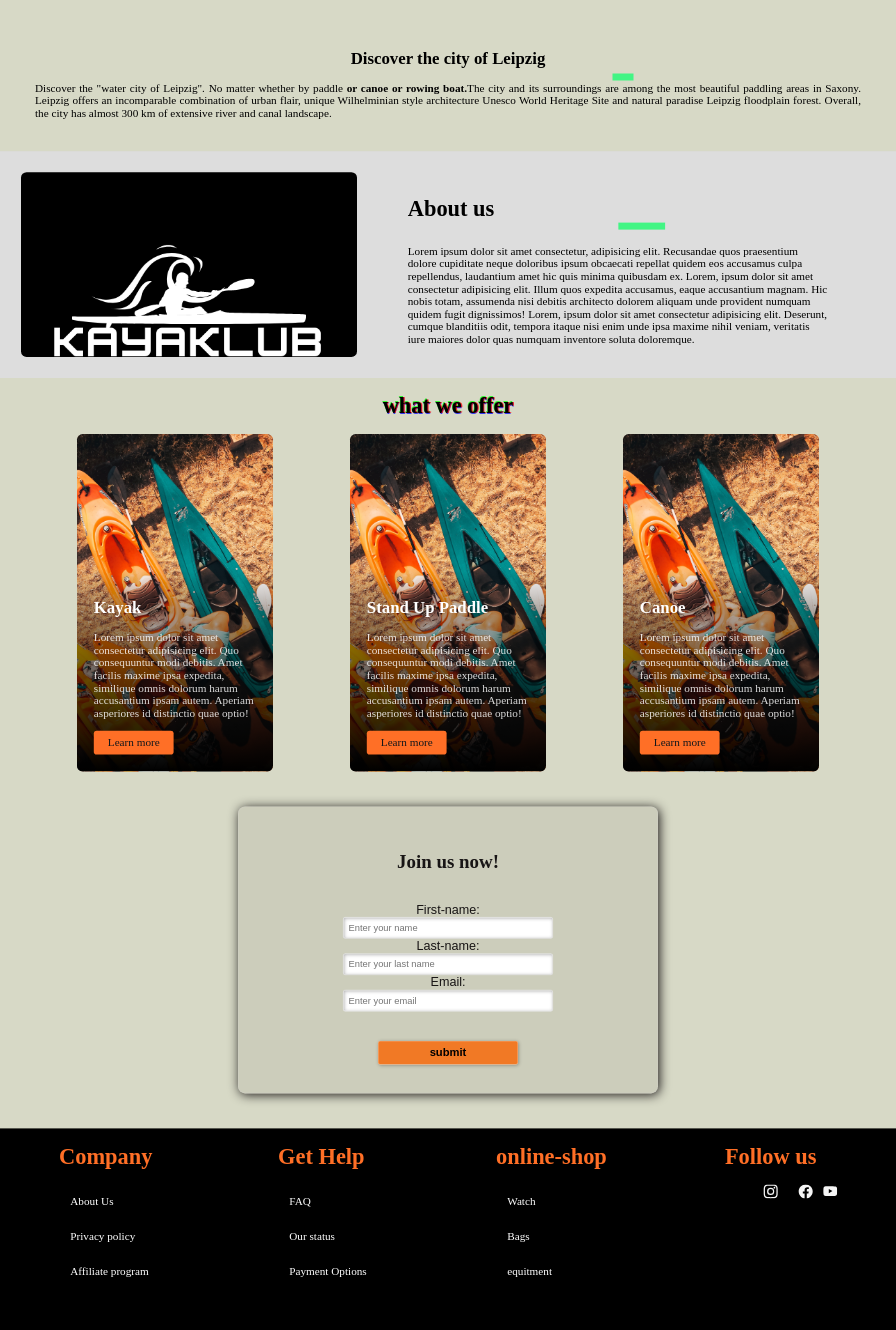
Repository: joseluis2289/Responsive-club-website
Page: index.html
An editor plug-in stored every save of this project. The page is shown before and after the next save, followed by the edit.
The browser window is 1280 px wide. The pictures show the part of the page from y = 770 to 2670 px (the page is 2671 px tall), at 70% of full size.
Some web fonts or font styles are not loaded; a fallback is used.

Above is the page before, as saved 2021-08-25 10:30:40.

### index.html
<!DOCTYPE html>
<html lang="en">
<head>
    <meta charset="UTF-8">
    <meta http-equiv="X-UA-Compatible" content="IE=edge">
    <meta name="viewport" content="width=device-width, initial-scale=1.0">
    <link rel="stylesheet" href="style.css">
    <link rel="preconnect" href="https://fonts.googleapis.com">
<link rel="preconnect" href="https://fonts.gstatic.com" crossorigin>
<link href="https://fonts.googleapis.com/css2?family=Rampart+One&display=swap" rel="stylesheet">
    <script src="script.js" defer></script>
    <title>Responsive-Club-website</title>
</head>
<body>

    <nav class="navbar">
        <!-- hamburger toggle -->
        <div class="brand-title">kayaklub</div>
        <a href="#" class="toggle-button">
            <span class="bar"></span>
            <span class="bar"></span>
            <span class="bar"></span>
        </a>

        <div class="nav-links">
            <ul>
                <li><a href="#">Home</a></li>
                <li><a href="#">About</a></li>
                <li><a href="#">Contact</a></li>
            </ul>
        </div>
    </nav>
<div class="banner"></div>

<section class="welcome">
    <h1 class="discover-title">Discover the city of Leipzig</h1>
    <p class="p-discover">Discover the "water city of Leipzig". No matter whether by paddle <strong>or canoe or rowing boat.</strong>The city and its surroundings are among the most beautiful paddling areas in Saxony. Leipzig offers an incomparable combination of urban flair, unique Wilhelminian style architecture Unesco World Heritage Site and natural paradise Leipzig floodplain forest. Overall, the city has almost 300 km of extensive river and canal landscape.</p>

</section>

<!-- about us section -->
<div class="grid-container-about">
    <!-- <img class="grid-item-img" src="./Cosmetics Discount Sale Landscape Banner.png" alt="about"> -->
    <div class="logo"></div>
    <div class="grid-item-text"><h1><a class="aboutUs-title" href="#">About us</a></h1><p class="aboutUs-text"> Lorem ipsum dolor sit amet consectetur, adipisicing elit. Recusandae quos praesentium dolore cupiditate neque doloribus ipsum obcaecati repellat quidem eos accusamus culpa repellendus, laudantium amet hic quis minima quibusdam ex. Lorem, ipsum dolor sit amet consectetur adipisicing elit. Illum quos expedita accusamus, eaque accusantium magnam. Hic nobis totam, assumenda nisi debitis architecto dolorem aliquam unde provident numquam quidem fugit dignissimos! Lorem, ipsum dolor sit amet consectetur adipisicing elit. Deserunt, cumque blanditiis odit, tempora itaque nisi enim unde ipsa maxime nihil veniam, veritatis iure maiores dolor quas numquam inventore soluta doloremque.</p></div>
</div>



<h1 class="tittle-what-we-offer">what we offer</h1>
<div class="card-container">
    <div class="card">
        <div class="card-content">
        <h2 class="card-title">Kayak</h2>
        <p class="card-body">Lorem ipsum dolor sit amet consectetur adipisicing elit. Quo consequuntur modi debitis. Amet facilis maxime ipsa expedita, similique omnis dolorum harum accusantium ipsam autem. Aperiam asperiores id distinctio quae optio!</p>
        <a href="#" class="button">Learn more</a>
    </div>
    </div>

    <div class="card">
        <div class="card-content">
        <h2 class="card-title"> Stand Up Paddle</h2>
        <p class="card-body">Lorem ipsum dolor sit amet consectetur adipisicing elit. Quo consequuntur modi debitis. Amet facilis maxime ipsa expedita, similique omnis dolorum harum accusantium ipsam autem. Aperiam asperiores id distinctio quae optio!</p>
        <a href="#" class="button">Learn more</a>
    </div>
    </div>


    <div class="card">
        <div class="card-content">
        <h2 class="card-title">Canoe</h2>
        <p class="card-body">Lorem ipsum dolor sit amet consectetur adipisicing elit. Quo consequuntur modi debitis. Amet facilis maxime ipsa expedita, similique omnis dolorum harum accusantium ipsam autem. Aperiam asperiores id distinctio quae optio!</p>
        <a href="#" class="button">Learn more</a>
    </div>
    </div>

</div>

<section class="register">
    <form id="register" action="#">
        <h2 class="register-title">Join us now!</h2>
        <label for="first-name">First-name:</label>
        <br/>
        <input type="text" name="first-name" id='name' placeholder="Enter your name">
        <br/>
        <label for="last-name">Last-name:</label>
        <br/>
        <input type="text" name="last-name" id="name" placeholder="Enter your last name">
        <br/>
        <label for="email">Email:</label>
        <br/>
        <input type="text" name="email" id="name" placeholder="Enter your email">
        <br/>&nbsp;
        <br/> <br/>
    <input type="submit" value="submit" name="submit" id="submit">
    </form>
</section>

<footer class="footer">
    <div class="footer-sections">
        <div class="company">
            <ul>
                <h1 class="company-title">Company</h1>
                <li><a href="#">About Us</a></li>
                <li><a href="#">Privacy policy</a></li>
                <li><a href="#">Affiliate program</a></li>
            </ul>
        </div>
        <div class="get-help">
            <h1 class="help-title">Get Help</h1>
            <ul>
                <li><a href="#">FAQ</a></li>
                <li><a href="#">Our status</a></li>
                <li><a href="#">Payment Options</a></li>
            </ul>
        </div>
        <div class="online-shop">
            <h1 class="shop-title">online-shop</h1>
            <ul >
                <li><a href="#">Watch</a></li>
                <li><a href="#">Bags</a></li>
                <li><a href="#">equitment</a></li>
            </ul>
        </div>
        <div class="follow-us">
            <h1 class="followUs-title">Follow us</h1>
            <ul class="follow-us-list">

              <li><svg xmlns="http://www.w3.org/2000/svg" width="50" height="20" fill="currentColor" class="bi bi-instagram" viewBox="0 0 16 16">
                <path d="M8 0C5.829 0 5.556.01 4.703.048 3.85.088 3.269.222 2.76.42a3.917 3.917 0 0 0-1.417.923A3.927 3.927 0 0 0 .42 2.76C.222 3.268.087 3.85.048 4.7.01 5.555 0 5.827 0 8.001c0 2.172.01 2.444.048 3.297.04.852.174 1.433.372 1.942.205.526.478.972.923 1.417.444.445.89.719 1.416.923.51.198 1.09.333 1.942.372C5.555 15.99 5.827 16 8 16s2.444-.01 3.298-.048c.851-.04 1.434-.174 1.943-.372a3.916 3.916 0 0 0 1.416-.923c.445-.445.718-.891.923-1.417.197-.509.332-1.09.372-1.942C15.99 10.445 16 10.173 16 8s-.01-2.445-.048-3.299c-.04-.851-.175-1.433-.372-1.941a3.926 3.926 0 0 0-.923-1.417A3.911 3.911 0 0 0 13.24.42c-.51-.198-1.092-.333-1.943-.372C10.443.01 10.172 0 7.998 0h.003zm-.717 1.442h.718c2.136 0 2.389.007 3.232.046.78.035 1.204.166 1.486.275.373.145.64.319.92.599.28.28.453.546.598.92.11.281.24.705.275 1.485.039.843.047 1.096.047 3.231s-.008 2.389-.047 3.232c-.035.78-.166 1.203-.275 1.485a2.47 2.47 0 0 1-.599.919c-.28.28-.546.453-.92.598-.28.11-.704.24-1.485.276-.843.038-1.096.047-3.232.047s-2.39-.009-3.233-.047c-.78-.036-1.203-.166-1.485-.276a2.478 2.478 0 0 1-.92-.598 2.48 2.48 0 0 1-.6-.92c-.109-.281-.24-.705-.275-1.485-.038-.843-.046-1.096-.046-3.233 0-2.136.008-2.388.046-3.231.036-.78.166-1.204.276-1.486.145-.373.319-.64.599-.92.28-.28.546-.453.92-.598.282-.11.705-.24 1.485-.276.738-.034 1.024-.044 2.515-.045v.002zm4.988 1.328a.96.96 0 1 0 0 1.92.96.96 0 0 0 0-1.92zm-4.27 1.122a4.109 4.109 0 1 0 0 8.217 4.109 4.109 0 0 0 0-8.217zm0 1.441a2.667 2.667 0 1 1 0 5.334 2.667 2.667 0 0 1 0-5.334z"/>
              </svg></li>
              <li>

                  <svg xmlns="http://www.w3.org/2000/svg" width="50" height="20" fill="currentColor" class="bi bi-facebook" viewBox="0 0 16 16">
                    <path d="M16 8.049c0-4.446-3.582-8.05-8-8.05C3.58 0-.002 3.603-.002 8.05c0 4.017 2.926 7.347 6.75 7.951v-5.625h-2.03V8.05H6.75V6.275c0-2.017 1.195-3.131 3.022-3.131.876 0 1.791.157 1.791.157v1.98h-1.009c-.993 0-1.303.621-1.303 1.258v1.51h2.218l-.354 2.326H9.25V16c3.824-.604 6.75-3.934 6.75-7.951z"/>
                  </svg>
              </li>
              <li>

                  <svg xmlns="http://www.w3.org/2000/svg" width="20" height="20" fill="currentColor" class="bi bi-youtube" viewBox="0 0 16 16">
                    <path d="M8.051 1.999h.089c.822.003 4.987.033 6.11.335a2.01 2.01 0 0 1 1.415 1.42c.101.38.172.883.22 1.402l.01.104.022.26.008.104c.065.914.073 1.77.074 1.957v.075c-.001.194-.01 1.108-.082 2.06l-.008.105-.009.104c-.05.572-.124 1.14-.235 1.558a2.007 2.007 0 0 1-1.415 1.42c-1.16.312-5.569.334-6.18.335h-.142c-.309 0-1.587-.006-2.927-.052l-.17-.006-.087-.004-.171-.007-.171-.007c-1.11-.049-2.167-.128-2.654-.26a2.007 2.007 0 0 1-1.415-1.419c-.111-.417-.185-.986-.235-1.558L.09 9.82l-.008-.104A31.4 31.4 0 0 1 0 7.68v-.123c.002-.215.01-.958.064-1.778l.007-.103.003-.052.008-.104.022-.26.01-.104c.048-.519.119-1.023.22-1.402a2.007 2.007 0 0 1 1.415-1.42c.487-.13 1.544-.21 2.654-.26l.17-.007.172-.006.086-.003.171-.007A99.788 99.788 0 0 1 7.858 2h.193zM6.4 5.209v4.818l4.157-2.408L6.4 5.209z"/>
                  </svg>
              </li>
            </ul>
        </div>
    </div>
</footer>
</body>
</html>

### style.css
:root{
    --clr-neutral-900: hsl(207,19%,9%);
    --crl-neutral-100: hsl(0,0%,100%);
    --crl-accent-400: hsl(142, 90%, 61%);
    --crl-accent-300: hsl(20.18, 100%, 57.45%);

}

*,
*::before,
*::after {
    box-sizing: border-box;
}


*{
    box-sizing: border-box;
}

body{
    margin: 0;
    border: 0;
    background-color:#D7D9C6;
}

.navbar{
    display: flex;
    justify-content: space-between;
    align-items: center;
    background-color: #333;
    color: white;
    font-family: 'Poppins', sans-serif;

}

.brand-title{
    font-size: 1.6rem;
    margin: .5rem;
    text-transform: uppercase;
    letter-spacing: 4px;
    -webkit-box-shadow: 0 10px 6px -6px rgb(80, 73, 73);
    -moz-box-shadow:0 10px 6px -6px rgb(114, 110, 110);
    box-shadow: 0 10px 6px -6px rgb(136, 133, 133);
    border-radius:10px;
}

.nav-links ul {
    margin: 0;
    padding: 0;
    display: flex;
}
.nav-links li {
    list-style: none;
}

.nav-links li a {
    text-decoration: none;
    color: white;
    padding: 1rem;
    display: block;
}
.nav-links li:hover{
    background-color:#555;
}

.toggle-button {
    position: absolute;
    top: .75rem;
    right: 1rem;
    display: none;
    flex-direction: column;
    justify-content: space-between;
    width: 30px;
    height: 22px;
}

.toggle-button .bar {
    height: 3px;
    width: 100%;
    background-color: white;
    border-radius: 10px;
}

.banner{
    background-image: url("/Cosmetics\ Discount\ Sale\ Landscape\ Banner.png");
    background-repeat: no-repeat;
    background-position: cover;
    background-size: 100% 100vh;
    height: 100vh;
}

/* discover the city of Leipzig */
.welcome{
    text-align: center;
    height: 30vh;
    width:auto;
    margin: auto;
    padding: 50px;

}
.p-discover{
    text-align: justify;
    text-justify: inter-word;



}
.discover-title{
    display: block;
    position: relative;
    cursor: pointer;
    font-family: 'Rampart One', cursive;
}
.discover-title::after{
    content:"";
    position: absolute;
    left: 690px;
    background: var(--crl-accent-400);
    display: block;
    border: 0;
    margin: 0.5rem 0;
    width:300px;
    height: 10px;
    transform: scaleX(0.1);
    transition: transform 0.4s ease;

}

.discover-title:hover:after,
.discover-title:active:after{
    transform: scaleX(1);
    transform-origin: left;
    transition: transform 0.5s ease;
}


.grid-container-about{
    background-color: #ddd;
    display: grid;
    grid-template-columns: auto auto;
    padding: 30px;
    column-gap: 5px;
    /* display: flex;
    justify-content:space-around ; */

}
/* .grid-item-img{
    margin: 0 0 0 auto;
    width: 500px;
    height: 40vh;
    border-radius:10px;

} */

.logo{
    background-image: url(./logo.png);
    background-size: cover;

    padding: 12rem 0 0;
    /* ch is 35 character wide */
     /* max-width: 75ch;
     max-height: 60vh; */
     width: 60ch;
    border-radius: 0.5rem;
}
.aboutUs-text{
    width: 600px;
}

/* about us  */

.aboutUs-title{
    font-family: 'Rampart One', cursive;
color: #000;
text-decoration: none;
border: 0;
margin: 0.5rem 0;
line-height: 1.9;
display: block;
position: relative;
}

.aboutUs-title:after{
    position: absolute;
    content: "";
    background: var(--crl-accent-400);
    display: block;
    left:0;
    bottom:0;
    line-height: 1.4;
    width:100%;
    height: 10px;
    transform: scaleX(0.1);
    transition: transform 0.4s ease;

}

.aboutUs-title:hover:after,
.aboutUs-title:active:after{
    transform: scaleX(1);
    transform-origin: left bottom;
    transition: transform 0.5s ease;
}


/* what we offer cards */
/* .tittle-what-we-offer{
    color: #000;
text-decoration: none;
border: 0;
margin: 2rem 0;
line-height: 1.9;
display: block;
position: relative;
}
.tittle-what-we-offer::after{
    position: absolute;
    content: "";
    background: var(--crl-accent-400);
    display: block;
    left:800px;
    bottom:0;
    line-height: 1.4;
    width:200px;
    height: 10px;
    transform: scaleX(0.5);
    transition: transform 0.4s ease;
}
.tittle-what-we-offer:hover:after,
.tittle-what-we-offer:active:after{
    transform: scaleX(1);
    transform-origin: left bottom;
    transition: transform 0.5s ease;
} */


.tittle-what-we-offer {
    text-align: center;
     font-family: 'Rampart One', cursive;
    font-size: 2rem;
    /* text-transform: uppercase; */

    text-shadow: 0.05em 0 0 rgba(255, 0,0, 0.75),
    -0.025em -0.05em 0 rgba(0, 255, 0, 0.75),
    0.025em 0.05em 0 rgba(0, 0, 255, 0.75);
    animation: glitch 2500ms infinite;
}

@keyframes glitch {
    0%{
        text-shadow: 0.05em 0 0 rgba(255, 0,0, 0.75),
        -0.025em -0.05em 0 rgba(0, 255, 0, 0.75),
        0.025em 0.05em 0 rgba(0, 0, 255, 0.75);
    }
    15%{
        text-shadow: 0.05em 0 0 rgba(255, 0,0, 0.75),
        -0.025em -0.05em 0 rgba(0, 255, 0, 0.75),
        0.025em 0.05em 0 rgba(0, 0, 255, 0.75);
    }

    49%{
        /* text-shadow: -0.05em -0.025 rgba(255, 0,0, 0.75),
        0.025em 0.05em 0 rgba(0, 255, 0, 0.75),
        -0.025em -0.05em 0 rgba(0, 0, 255, 0.75); */
        text-shadow: 0.05em 0 0 rgba(255, 0,0, 0.75),
        -0.025em -0.05em 0 rgba(0, 255, 0, 0.75),
        0.025em 0.05em 0 rgba(0, 0, 255, 0.75);
    }
    50%{
        /* text-shadow: 0.025em 0.05em 0 rgba(255, 0,0, 0.75),
        0.05em 0 0 rgba(0, 255, 0, 0.75),
        0 -0.05em 0 rgba(0, 0, 255, 0.75); */
        text-shadow: 0.05em 0 0 rgba(255, 0,0, 0.75),
        -0.025em -0.05em 0 rgba(0, 255, 0, 0.75),
        0.025em 0.05em 0 rgba(0, 0, 255, 0.75);
    }
    99%{
        text-shadow: 0.025em 0.05em 0 rgba(255, 0,0, 0.75),
        0.05em 0 0 rgba(0, 255, 0, 0.75),
        0 -0.05em 0 rgba(0, 0, 255, 0.75);
    }
    100%{
        text-shadow: 0.05em 0 0 rgba(255, 0,0, 0.75),
        -0.025em -0.05em 0 rgba(0, 255, 0, 0.75),
        0.025em 0.05em 0 rgba(0, 0, 255, 0.75);
    }
}

.card-container{
    display: flex;
    justify-content: space-evenly;
    width: 100%;

}

.card{

    color: var(--crl-neutral-100);
    background-image: url(./we-offer.jpg);
    background-size: cover;
    padding: 12rem 0 0;
    /* ch is 35 character wide */
    max-width: 35ch;
    border-radius: 0.5rem;
    overflow: hidden;
    transition: transform 500ms ease;

}

.card:hover{
    transform: scale(1.05);
}



.card-content{
    /* this variable only exist within the card content */
    --padding: 1.5rem;
    padding: var(--padding);
    /* here im appying some saturation and opacity of the backgroud card in order to kind of fade it out */
    background: linear-gradient(
        hsl(0 0% 0% / 0),
        hsl(0 0% 0% / 0.3) 20%,
        hsl(0 0% 0% / 1)
    );
}

.card-title{
    position: relative;
    /* max-content it line up the with of the title */
    width: max-content;


}

.card-title::after{
    content:"";
    position: absolute;
    height: 4px;
    /* here I'm moving the green bar to the left in order to animate */
    left: calc(var(--padding) * -1 );
    bottom: 0;
    width: calc(100% + var(--padding));
    background: var(--crl-accent-400);
    /* here I'm animating the green bar from left to right */
    transform-origin: left;
    transform: scaleX(0);
    transition: transform 500ms ease;
}

.card:hover .card-title::after{
    transform: scaleX(1);
}

.card-body{
    color: rgb(255 255 255 / 0.85);
}

.button{
    cursor:pointer;
    display: inline-block;
    padding: 0.5em 1.3em;
    text-decoration: none;
    color: var(--clr-neutral-900);
    background-color: var(--crl-accent-300);
    padding: 0.5em 1.25em;
    border-radius: 0.25em;
}


.button:hover,
.button:focus {
    background-color: var(--crl-neutral-100);
}

/* register */
.register-title{
    font-family: 'Rampart One', cursive;
    text-align: center;
    padding: 20px;

}
#register{

    background-color:rgba(0, 0, 0, 0.05);
    width: 600px;
    font-size: 18px;
    border-radius:10px;
    border:1px solid rgba(214, 210, 210, 0.3);
    box-shadow: 2px 2px 15px;
    color:rgb(24, 21, 21);
    margin: 50px auto;
    text-align: center;
    padding: 20px;
    transition: transform 500ms ease;

}
#register:hover{
    transform: scale(1.05);

    transition: 0.3s;
}
label{
    font-family:'Poppins', sans-serif;
    font-size: 18px;
}
input#name{
    width: 300px;
    border: 1px solid #ddd;
    border-radius: 3px;
    outline: 0;
    padding: 7px;
    background-color: #fff;
    box-shadow: inset 1px 1px 5px
    rgba(0,0,0,0.3);
}


input#submit{
    width: 200px;
    padding: 7px;
    font-size: 16px;
    font-family: sans-serif;
    font-weight: 600;
    border: none;
    border-radius:3px;
    background-color:rgba(250, 100, 0, 0.8);
    color:black;
    cursor:pointer;
    border:1px solid rgba(255, 255, 255, 0.3);
    box-shadow: 1px 1px 5px rgba(0, 0, 0, 0.3);
    margin-bottom: 20px;
}

input#submit:hover,
input#submit:focus {
    background-color: var(--crl-neutral-100);
}


/* footer */
.footer{
    width: 100%;
    height: 40vh;
    background-color:#000;
    color:whitesmoke;
}
.footer-sections{
    display: flex;
    justify-content: space-around;

}
.company-title{
    color:var(--crl-accent-300);
}
.company ul{
    margin: 0;
    padding: 0;
}
.company li{
    list-style: none;
}
.company li a {
    text-decoration: none;
    color: white;
    padding: 1rem;
    display: block;
}
.help-title{
    color:var(--crl-accent-300);
}
.get-help ul{
    margin: 0;
    padding: 0;
}

.get-help li{
    list-style: none;
}
.get-help li a {
    text-decoration: none;
    color: white;
    padding: 1rem;
    display: block;
}

.shop-title{
    color: var(--crl-accent-300);
}

.online-shop ul{
    margin: 0;
    padding: 0;
}
.online-shop li{
    list-style: none;
}

.online-shop li a {
    text-decoration: none;
    color: white;
    padding: 1rem;
    display: block;
}

.followUs-title{
    color:var(--crl-accent-300);
}
.follow-us-list{
    display: flex;

}
.follow-us-list li{
    list-style: none;
}

 @media(min-width: 320px) and (max-width: 600px){

   .toggle-button{
        display: flex;
    }

    .nav-links{
        display: none;
        width: 100%;
    }

    .navbar{
        flex-direction: column;
        align-items: flex-start;
        width: 100%;
    }

    .nav-links ul {
        width: 100%;
        flex-direction: column;

    }
    .nav-links li {
        text-align: center;
    }
    .nav-links li a {
        padding: .5rem 1rem;
    }
    .nav-links.active{
        display: flex;

    }


    .banner{
        background-image: url("/Cosmetics\ Discount\ Sale\ Landscape\ Banner.png");
        background-repeat: no-repeat;
        background-position: cover;
        background-size: 100% 100vh;
        height: 80vh;
        width: 100%;
    }
    .discover-title::after{
        left: 20px;
    }

    .p-discover{
        text-align: justify;
        text-justify: inter-word;
        padding: 20px;

    }
    .grid-container-about{
        margin: 160px 0 0px 0px;
        background-color: #ddd;
        display: grid;
        grid-template-columns: 1fr;

    }
    .grid-item-img{
         width:auto;
         margin: 40px auto 0 0;
    }

    .aboutUs-title{
        padding: 10px;
    }
    .aboutUs-text{
        text-align: justify;
        text-justify: inter-word;
        width: 370px;
        padding: 10px;

    }
    .card-container{
        display: flex;
        flex-direction: column;


    }
    .card{
        margin: 20px auto;
    }


    #register{
        width: 300px;
    }

    input#name{
        width: 200px;
    }
    .footer{
        width: 100%;
        height: 160vh;
        background-color:#000;
        color:var(--clr-neutral-900);
    }
    .footer-sections{
        display: flex;
        flex-direction: column;
        align-items: center;
        justify-content: center;


    }


}



@media (min-width: 601px) and (max-width: 767px){
    .navbar{
        width: 100%;
        flex-direction: row;
        justify-content: space-around;
        align-content: center;
    }
    .banner{
        background-image: url("/Cosmetics\ Discount\ Sale\ Landscape\ Banner.png");
        background-repeat: no-repeat;
        background-position:cover;
        background-size: 100% 100vh;
        height: 100vh;
        width: 100%;
    }

    .discover-title::after{
        left: 260px;
        margin: 0 0 30px;

    }
    .discover-title{
        width: 800px;
        text-align: center;
    }
    .p-discover{
        text-align: justify;
        text-justify: inter-word;
        width: 700px;
        padding: 0.7em 5em;
        margin:20px 0 0 60px;
        font-size: 20px;

    }
    .grid-container-about{
        width: 800px;
        margin: 150px 0;
        background-color: #ddd;
        display: grid;
        grid-template-columns: 1fr;
        padding: 90px;
    }
    .aboutUs-text{
        text-align: justify;
        text-justify: inter-word;
        width: 550px;
    }
    .card-container{
        display: flex;
        flex-direction: column;
    }
   .card{
  font-size: larger;
   margin: 0 0 30px 100px;

   }
   #register{
   font-size: 30px;
   margin:10px auto 25px 70px;

}

input#name{
    width: 300px;

}
label{
    font-family:'Poppins', sans-serif;

}

.footer{
    width: 100%;
    height: 100vh;
    background-color:#000;
    color:var(--clr-neutral-900);
}
.footer-sections{
    display: flex;
    flex-direction: column;
    align-items: center;
    justify-content: center;
}
}

@media (min-width: 768px) and (max-width: 1024px){

    .discover-title::after{
        left: 250px;
        margin: 0 0 30px;

    }
    .discover-title{
        width: 800px;
        text-align: center;
    }
    .p-discover{
        text-align: justify;
        text-justify: inter-word;
        width: 790px;
        padding: 0.7em 5em;
        margin:20px 0 0 10px;
        font-size: 20px;

    }

    .grid-container-about{


        background-color: #ddd;
        display: grid;
        grid-template-columns: 1fr 1fr;

    }
.grid-item-text{
    margin: 0 0 0 30px;
}

.card-container{
    display: flex;

    justify-content: space-between;

}
.card{
    margin: 0 10px 0px 30px;
}
.footer{
    width: 100%;
    height: 100vh;
    background-color:#000;
    color:var(--clr-neutral-900);
}
.footer-sections{
    display: flex;
    flex-direction: row;
    align-items: center;
    justify-content: center;
}

}

Loaded but not shown: script.js (8 lines, source omitted)

After the next save:
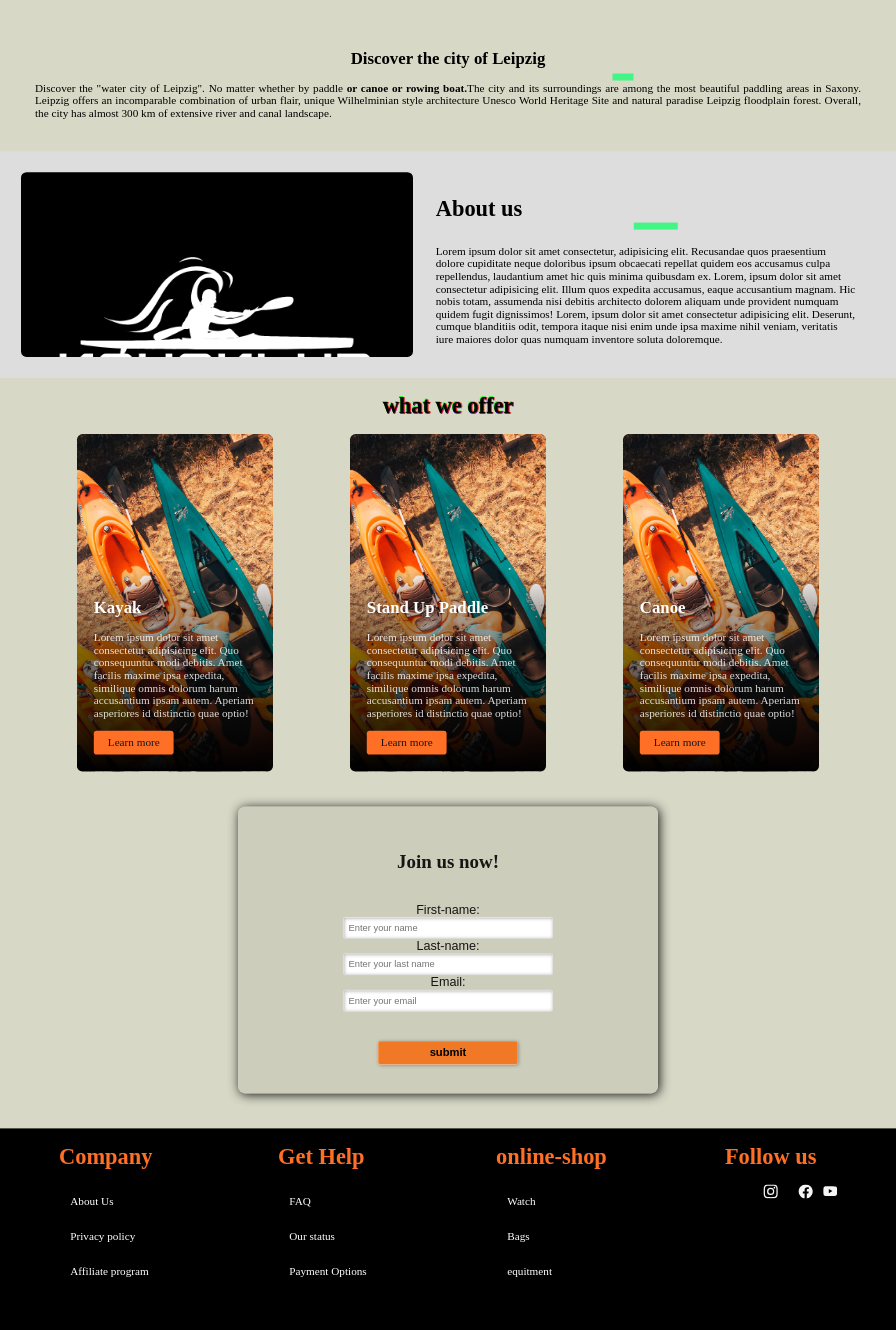
Saved 8 s later.
--- a/style.css
+++ b/style.css
@@ -160,7 +160,7 @@ body{
     /* ch is 35 character wide */
      /* max-width: 75ch;
      max-height: 60vh; */
-     width: 60ch;
+     width: 70ch;
     border-radius: 0.5rem;
 }
 .aboutUs-text{
